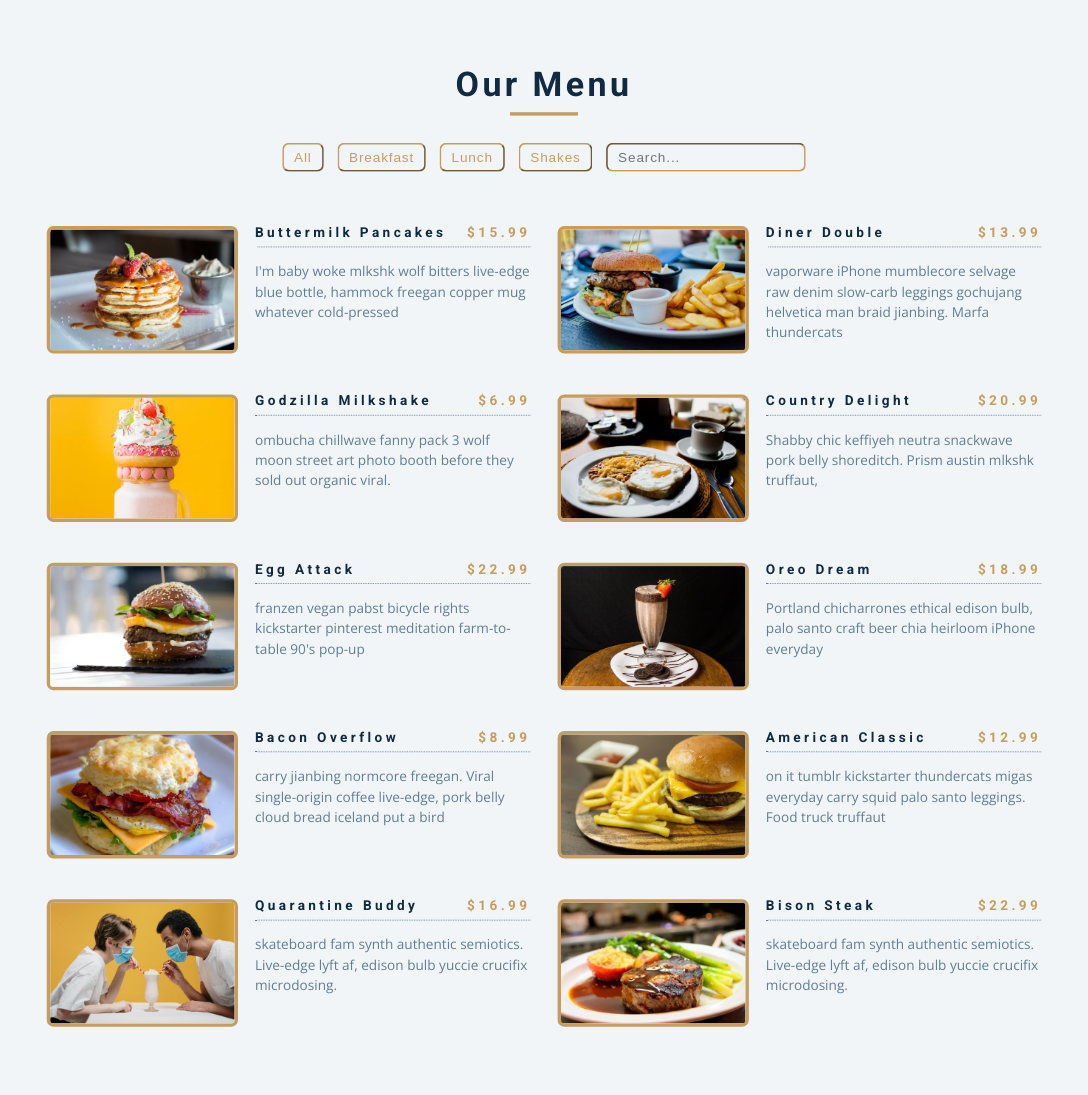
Repository: LusyaPetrosyan/MenuFilter
Page: menuFilter/index.html
The author's editor kept a copy of each file at every save. The page is drawn from the files as they stood at one save, then again after the next save.
The browser window is 1280 px wide. The pictures show the whole page, at 85% of full size.
The pointer rests on the first visible `input`.
Some web libraries are served in a nearby version.

Above is the page before, as saved 2022-02-17 23:54:51.

After the next save:
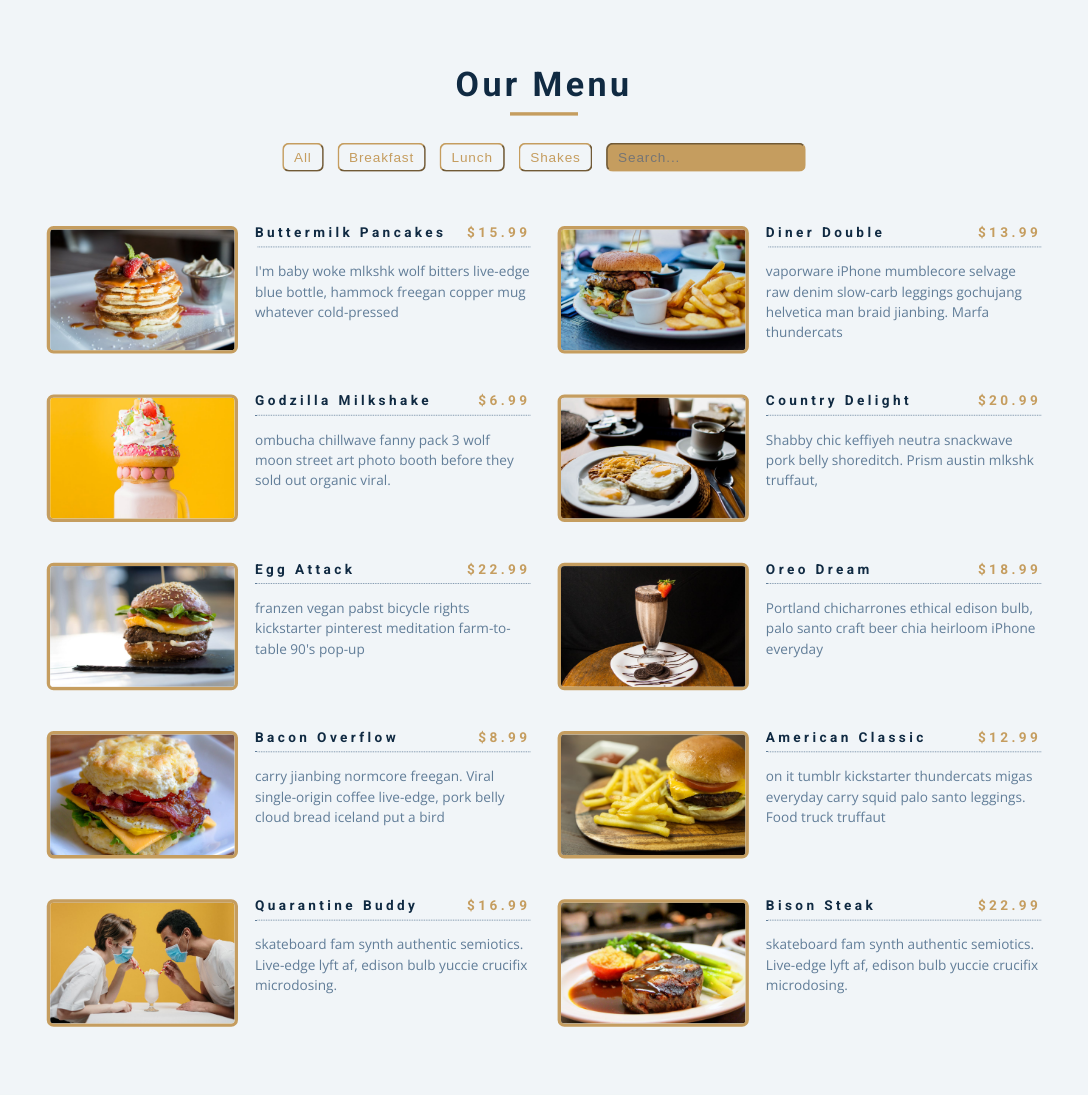
Saved 8 s later.
--- a/menuFilter/styles.css
+++ b/menuFilter/styles.css
@@ -216,7 +216,8 @@ input{
   transition: var(--transition);
 }
 input:hover{
-
+  background: var(--clr-gold);
+  color: var(--clr-white);
 }
 .filter-btn:hover {
   background: var(--clr-gold);
